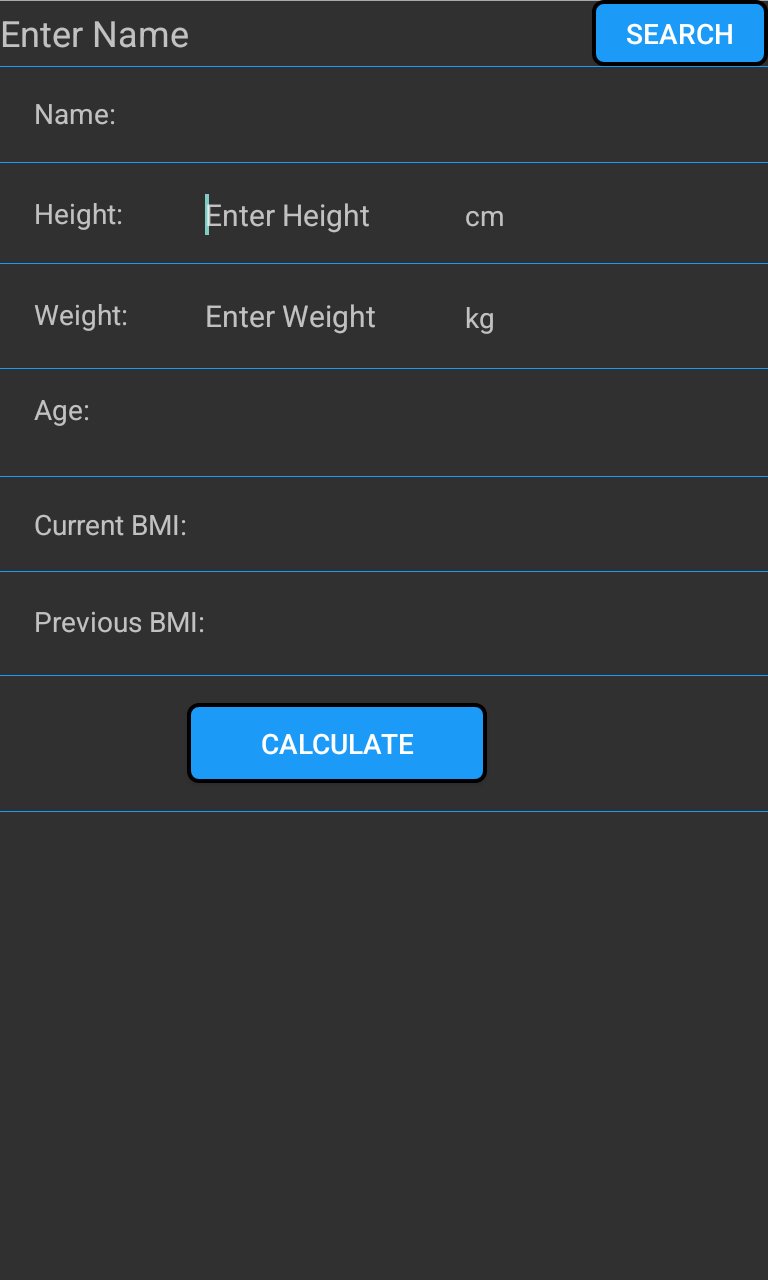
Repository: Team-7/prototype.6
Layout: workspace/Hope World Wide/res/layout/bmi.xml
These files come from the project's save history. The layout is drawn as it stood at one moment and after the next save; the edit follows.
It is drawn on a 768 x 1280 px phone screen (xhdpi) without system bars, with theme AppTheme; the app's code is not run.

Above is the layout before, as saved 2014-05-31 12:27:43.

### workspace/Hope World Wide/res/layout/bmi.xml
<?xml version="1.0" encoding="utf-8"?>
<RelativeLayout xmlns:android="http://schemas.android.com/apk/res/android"
    xmlns:tools="http://schemas.android.com/tools"
    android:id="@+id/container"
    android:layout_width="match_parent"
    android:layout_height="wrap_content"
    android:focusable="true"
    tools:context="com.example.hwwv2.MainActivity"
    tools:ignore="MergeRootFrame" >

    <AutoCompleteTextView
        android:id="@+id/auto_names"
        android:layout_width="match_parent"
        android:layout_height="33dp"
        android:layout_alignParentLeft="true"
        android:layout_alignParentTop="true"
        android:layout_toLeftOf="@+id/button2"
        android:background="@null"
        android:ems="10"
        android:hint="@string/search"
        android:inputType="text" />

    <View
        android:id="@+id/view1"
        android:layout_width="fill_parent"
        android:layout_height="0.2dp"
        android:layout_alignParentLeft="true"
        android:layout_below="@+id/auto_names"
        android:background="#1B9AF7"
        android:paddingBottom="3dp" />

    <TextView
        android:id="@+id/Name"
        android:layout_width="wrap_content"
        android:layout_height="wrap_content"
        android:layout_alignParentLeft="true"
        android:layout_below="@+id/auto_names"
        android:layout_marginLeft="17dp"
        android:layout_marginTop="14dp"
        android:text="@string/name" />

    <View
        android:id="@+id/View01"
        android:layout_width="fill_parent"
        android:layout_height="0.2dp"
        android:layout_alignParentLeft="true"
        android:layout_below="@+id/Name"
        android:layout_marginTop="15dp"
        android:background="#1B9AF7"
        android:paddingBottom="3dp" />

    <TextView
        android:id="@+id/textView1"
        android:layout_width="wrap_content"
        android:layout_height="wrap_content"
        android:layout_alignLeft="@+id/Name"
        android:layout_below="@+id/Name"
        android:layout_marginTop="31dp"
        android:text="@string/height" />

    <View
        android:id="@+id/View02"
        android:layout_width="fill_parent"
        android:layout_height="0.2dp"
        android:layout_alignParentLeft="true"
        android:layout_below="@+id/heightvalue"
        android:layout_marginTop="14dp"
        android:background="#1B9AF7"
        android:paddingBottom="3dp" />

    <TextView
        android:id="@+id/weight"
        android:layout_width="wrap_content"
        android:layout_height="wrap_content"
        android:layout_alignLeft="@+id/textView1"
        android:layout_below="@+id/heightvalue"
        android:layout_marginTop="30dp"
        android:text="@string/weight" />

    <View
        android:id="@+id/View03"
        android:layout_width="fill_parent"
        android:layout_height="0.2dp"
        android:layout_alignParentLeft="true"
        android:layout_below="@+id/editText2"
        android:layout_marginTop="16dp"
        android:background="#1B9AF7"
        android:paddingBottom="3dp" />

    <View
        android:id="@+id/View05"
        android:layout_width="fill_parent"
        android:layout_height="0.2dp"
        android:layout_alignParentLeft="true"
        android:layout_below="@+id/View05"
        android:background="@android:color/darker_gray"
        android:paddingBottom="3dp" />

    <TextView
        android:id="@+id/textView3"
        android:layout_width="wrap_content"
        android:layout_height="wrap_content"
        android:layout_alignBaseline="@+id/heightvalue"
        android:layout_alignBottom="@+id/heightvalue"
        android:layout_alignRight="@+id/heightvalue"
        android:text="@string/cm" />

    <TextView
        android:id="@+id/textView4"
        android:layout_width="wrap_content"
        android:layout_height="wrap_content"
        android:layout_alignBottom="@+id/editText2"
        android:layout_alignLeft="@+id/textView3"
        android:text="@string/kg" />

    <TextView
        android:id="@+id/age"
        android:layout_width="wrap_content"
        android:layout_height="wrap_content"
        android:layout_alignLeft="@+id/weight"
        android:layout_below="@+id/editText2"
        android:layout_marginTop="27dp"
        android:text="@string/age" />

    <Button
        android:id="@+id/button2"
        android:layout_width="wrap_content"
        android:layout_height="wrap_content"
        android:layout_alignBottom="@+id/auto_names"
        android:layout_alignParentRight="true"
        android:layout_alignParentTop="true"
        android:background="@drawable/calculate"
        android:text="@string/mySearch"
        android:textColor="#ffffff" />

    <TextView
        android:id="@+id/textView5"
        android:layout_width="match_parent"
        android:layout_height="wrap_content"
        android:layout_above="@+id/textView1"
        android:layout_alignLeft="@+id/heightvalue"
        android:textSize="15sp" />

    <EditText
        android:id="@+id/editText2"
        android:layout_width="150dp"
        android:layout_height="wrap_content"
        android:layout_alignTop="@+id/weight"
        android:layout_toRightOf="@+id/bmi"
        android:background="@null"
        android:ems="10"
        android:hint="@string/weightHint"
        android:inputType="numberDecimal"
        android:maxLength="4"
        android:textSize="15sp" />

    <View
        android:id="@+id/View06"
        android:layout_width="fill_parent"
        android:layout_height="0.2dp"
        android:layout_alignParentLeft="true"
        android:layout_below="@+id/textView2"
        android:layout_marginTop="14dp"
        android:background="#1B9AF7"
        android:paddingBottom="3dp" />

    <TextView
        android:id="@+id/textView9"
        android:layout_width="100dp"
        android:layout_height="wrap_content"
        android:layout_alignLeft="@+id/textView6"
        android:layout_alignTop="@+id/textView2"
        android:textSize="15sp" />

    <View
        android:id="@+id/View07"
        android:layout_width="fill_parent"
        android:layout_height="0.2dp"
        android:layout_alignParentLeft="true"
        android:layout_below="@+id/textView7"
        android:layout_marginTop="16dp"
        android:background="#1B9AF7"
        android:paddingBottom="3dp" />

    <Button
        android:id="@+id/button1"
        android:layout_width="150dp"
        android:layout_height="40dp"
        android:layout_below="@+id/textView7"
        android:layout_marginTop="30dp"
        android:layout_toRightOf="@+id/textView2"
        android:background="@drawable/calculate"
        android:text="@string/calculate"
        android:textColor="#ffffff" />

    <View
        android:id="@+id/View08"
        android:layout_width="fill_parent"
        android:layout_height="0.2dp"
        android:layout_alignParentLeft="true"
        android:layout_below="@+id/button1"
        android:layout_marginTop="14dp"
        android:background="#1B9AF7"
        android:paddingBottom="3dp" />

    <TextView
        android:id="@+id/textView2"
        android:layout_width="wrap_content"
        android:layout_height="wrap_content"
        android:layout_alignLeft="@+id/age"
        android:layout_below="@+id/textView6"
        android:layout_marginTop="37dp"
        android:text="@string/currentBMI" />

    <TextView
        android:id="@+id/bmi"
        android:layout_width="wrap_content"
        android:layout_height="wrap_content"
        android:layout_alignLeft="@+id/textView2"
        android:layout_below="@+id/textView9"
        android:layout_marginTop="28dp"
        android:text="@string/previousBMI" />

    <TextView
        android:id="@+id/textView6"
        android:layout_width="150dp"
        android:layout_height="wrap_content"
        android:layout_alignTop="@+id/age"
        android:layout_toLeftOf="@+id/button2"
        android:textSize="15sp" />

    <View
        android:id="@+id/View19"
        android:layout_width="wrap_content"
        android:layout_height="0.2dp"
        android:layout_above="@+id/textView9"
        android:layout_alignParentLeft="true"
        android:layout_marginBottom="14dp"
        android:background="#1B9AF7"
        android:paddingBottom="3dp" />

    <View
        android:id="@+id/View04"
        android:layout_width="wrap_content"
        android:layout_height="0.2dp"
        android:layout_above="@+id/View04"
        android:layout_alignParentLeft="true"
        android:background="@android:color/darker_gray"
        android:paddingBottom="3dp" />

    <TextView
        android:id="@+id/textView7"
        android:layout_width="150dp"
        android:layout_height="wrap_content"
        android:layout_alignLeft="@+id/textView9"
        android:layout_alignTop="@+id/bmi"
        android:textSize="15sp" />

    <EditText
        android:id="@+id/heightvalue"
        android:layout_width="150dp"
        android:layout_height="wrap_content"
        android:layout_alignLeft="@+id/editText2"
        android:layout_alignTop="@+id/textView1"
        android:background="@null"
        android:ems="10"
        android:hint="@string/heightValue"
        android:inputType="number"
        android:maxLength="3"
        android:textSize="15sp" >

        <requestFocus />
    </EditText>

    <TextView
        android:id="@+id/textView11"
        android:layout_width="wrap_content"
        android:layout_height="wrap_content"
        android:layout_below="@+id/weight"
        android:layout_toRightOf="@+id/bmi"
        android:textAppearance="?android:attr/textAppearanceSmall" />

    <TextView
        android:id="@+id/textView12"
        android:layout_width="wrap_content"
        android:layout_height="wrap_content"
        android:layout_alignLeft="@+id/textView6"
        android:layout_below="@+id/textView1"
        android:textAppearance="?android:attr/textAppearanceSmall" />

    <TextView
        android:id="@+id/textView10"
        android:layout_width="300dp"
        android:layout_height="wrap_content"
        android:layout_alignBaseline="@+id/textView9"
        android:layout_alignBottom="@+id/textView9"
        android:layout_toRightOf="@+id/textView9"
        android:gravity="center"
        android:textSize="15sp" />

</RelativeLayout>

### workspace/Hope World Wide/res/values/styles.xml
<resources>

    <!--
        Base application theme, dependent on API level. This theme is replaced
        by AppBaseTheme from res/values-vXX/styles.xml on newer devices.
    -->


    <!-- Application theme. -->
    <style name="AppTheme" parent="Theme.AppCompat">
        <!-- All customizations that are NOT specific to a particular API-level can go here. -->
    </style>

    <style name="Text"> </style>
    <style name="Text.Strong">
           <item name="@android:paddingLeft">2dp</item>
           <item name="@android:paddingBottom">2dp</item>
           <item name="@android:textColor">#000000</item>
           <item name="@android:textStyle">bold|italic</item>
     </style>

     <style name="Text.Strong.Blurry">
           <item name="@android:shadowColor">#BBBBBB</item>
           <item name="@android:shadowDx">2</item>
           <item name="@android:shadowDy">2</item>
           <item name="@android:shadowRadius">15</item>
           <item name="@android:textStyle">bold</item>
     </style>

</resources>

### workspace/Hope World Wide/res/values/strings.xml
<?xml version="1.0" encoding="utf-8"?>
<resources>

    <string name="app_name">HopeWorldWide</string>
    <string name="hello_world">Hello world!</string>
    <string name="action_settings">Settings</string>
    <string name="login"> Login</string>
    <string name="menu"> Home</string>
     <string name="myecd"> Search for ECD</string>
    <string name="username"> Username</string>
    <string name="password"> Password</string>

    <string name="name">Name: </string>
    <string name="height">Height: </string>
    <string name="heightValue">Enter Height</string> <!-- height hint -->
    <string name="weight">Weight: </string>
    <string name="weightHint">Enter Weight</string> <!-- weight hint -->
    <string name="mySearch">Search</string>
    <string name="logout">Logout</string>
    <string name="update">Update Child</string>
    <string name="bmiTitle">Child Information</string>
    <string name="save">Save</string>
    <string name="cancel">Cancel</string>


    <string name="age">Age: </string>
    <string name="calculate">Calculate</string>
    <string name="currentBMI">Current BMI: </string>
    <string name="previousBMI">Previous BMI: </string>
     <string name="AutoCompleteTextView"></string>

     <string name="cm">cm</string>
      <string name="kg">kg</string>
       <string name="hopeworldwide">     \t\t Hope \n         World Wide</string>

       <string name="Login">Login</string> <!-- text in the login button -->
       <string name="login2">Login</string><!-- name of the login page  -->
       <string name="bmi">BMI Calculator</string> <!-- name of the page that calculate bmi -->

       <string name="landing">Hope World Wide</string>

       <!-- landing page buttons -->
        <string name="lButton1">BMI Calculator</string>
        <string name="lButton2">Add Child</string>
        <string name="lButton3">Synchronize Data</string>

        <string name="search">Enter Name</string>
        <string name="ecd">Enter ECD Name</string>
        <string name="ecd1">Search for ECD</string>
         <string name="autocompete">Auto complete</string>

         <string name="sync">Synchronize</string>

         <string name="updateC">Update Child</string>
         <string name="calc">BMI Calculator</string>
         <string name="addC">Add child</string>

         <string name="clogo">child logo</string>
         <string name="synclogo">sync logo</string>
         <string name="calclogo">calc logo</string>
         <string name="addlogo">add logo</string>
         <string name="logoutlogo">logout logo</string>
         <string name="updatelogo">update logo</string>


</resources>

### workspace/Hope World Wide/res/drawable/calculate.xml
<?xml version="1.0" encoding="utf-8"?>
<shape xmlns:android="http://schemas.android.com/apk/res/android"
    android:shape="rectangle" >

    <stroke android:width="2dip" >
    </stroke>

    <solid android:color="#1B9AF7" >
    </solid>

    <corners
        android:bottomLeftRadius="5dip"
        android:bottomRightRadius="5dip"
        android:topLeftRadius="5dip"
        android:topRightRadius="5dip" >
    </corners>

</shape>

After the next save:
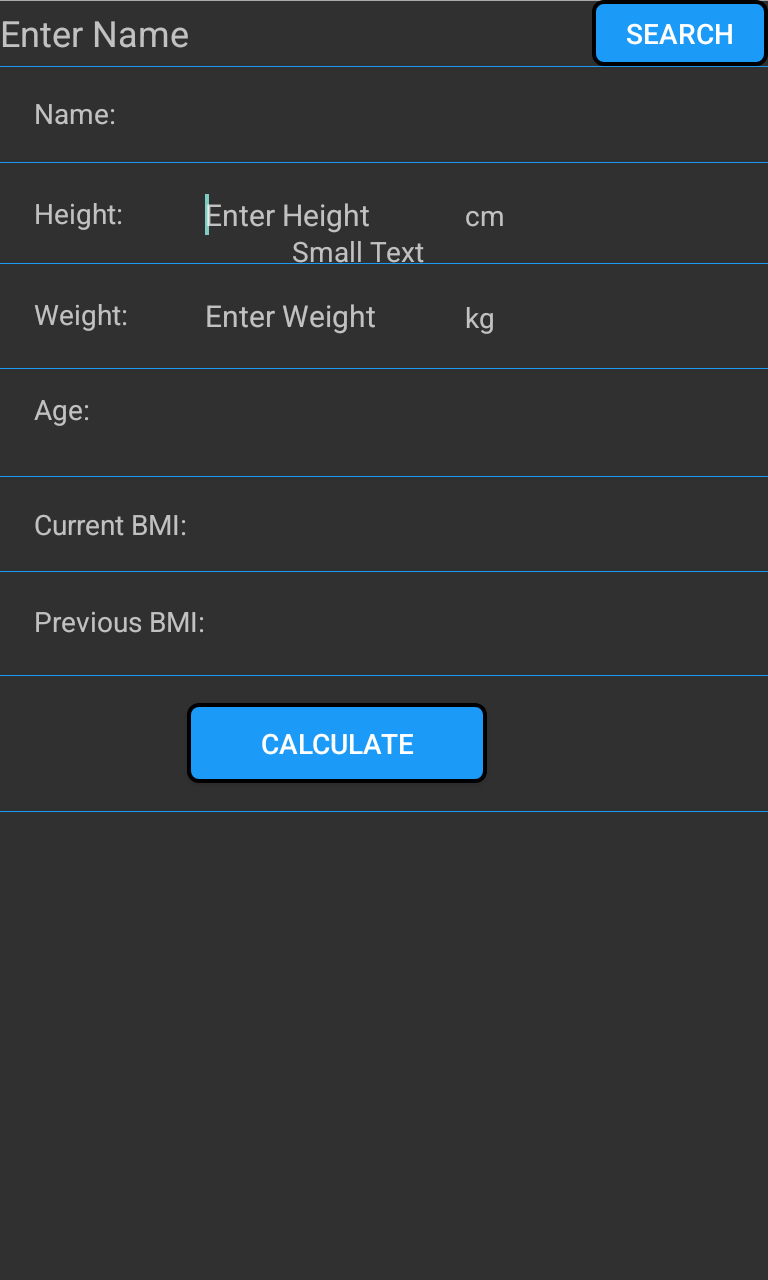
Saved 6 min 45 s later.
--- a/workspace/Hope World Wide/res/layout/bmi.xml
+++ b/workspace/Hope World Wide/res/layout/bmi.xml
@@ -204,6 +204,25 @@
         android:paddingBottom="3dp" />
 
     <TextView
+        android:id="@+id/textView10"
+        android:layout_width="300dp"
+        android:layout_height="wrap_content"
+        android:layout_alignLeft="@+id/textView8"
+        android:layout_below="@+id/button1"
+        android:layout_marginTop="20dp"
+        android:gravity="center"
+        android:textSize="15sp" />
+
+    <TextView
+        android:id="@+id/textView8"
+        android:layout_width="300dp"
+        android:layout_height="wrap_content"
+        android:layout_below="@+id/textView10"
+        android:layout_centerHorizontal="true"
+        android:gravity="center"
+        android:textSize="15sp" />
+
+    <TextView
         android:id="@+id/textView2"
         android:layout_width="wrap_content"
         android:layout_height="wrap_content"
@@ -276,26 +295,20 @@
         android:id="@+id/textView11"
         android:layout_width="wrap_content"
         android:layout_height="wrap_content"
+        android:layout_alignLeft="@+id/editText2"
+        android:layout_alignRight="@+id/button1"
         android:layout_below="@+id/weight"
-        android:layout_toRightOf="@+id/bmi"
         android:textAppearance="?android:attr/textAppearanceSmall" />
 
     <TextView
         android:id="@+id/textView12"
         android:layout_width="wrap_content"
         android:layout_height="wrap_content"
+        android:layout_alignBottom="@+id/View02"
         android:layout_alignLeft="@+id/textView6"
+        android:layout_alignRight="@+id/textView11"
         android:layout_below="@+id/textView1"
+        android:text="Small Text"
         android:textAppearance="?android:attr/textAppearanceSmall" />
 
-    <TextView
-        android:id="@+id/textView10"
-        android:layout_width="300dp"
-        android:layout_height="wrap_content"
-        android:layout_alignBaseline="@+id/textView9"
-        android:layout_alignBottom="@+id/textView9"
-        android:layout_toRightOf="@+id/textView9"
-        android:gravity="center"
-        android:textSize="15sp" />
-
 </RelativeLayout>

After the save that followed:
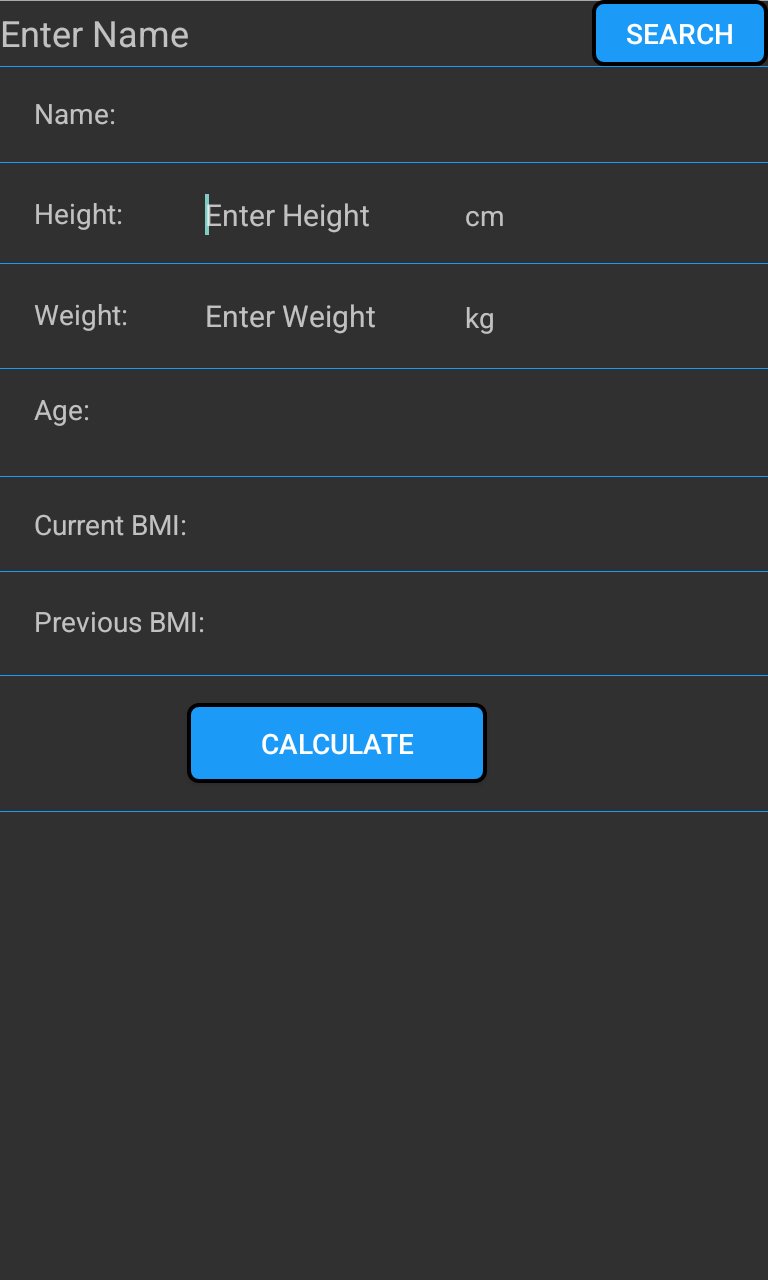
Saved 43 s later.
--- a/workspace/Hope World Wide/res/layout/bmi.xml
+++ b/workspace/Hope World Wide/res/layout/bmi.xml
@@ -308,7 +308,6 @@
         android:layout_alignLeft="@+id/textView6"
         android:layout_alignRight="@+id/textView11"
         android:layout_below="@+id/textView1"
-        android:text="Small Text"
         android:textAppearance="?android:attr/textAppearanceSmall" />
 
 </RelativeLayout>
